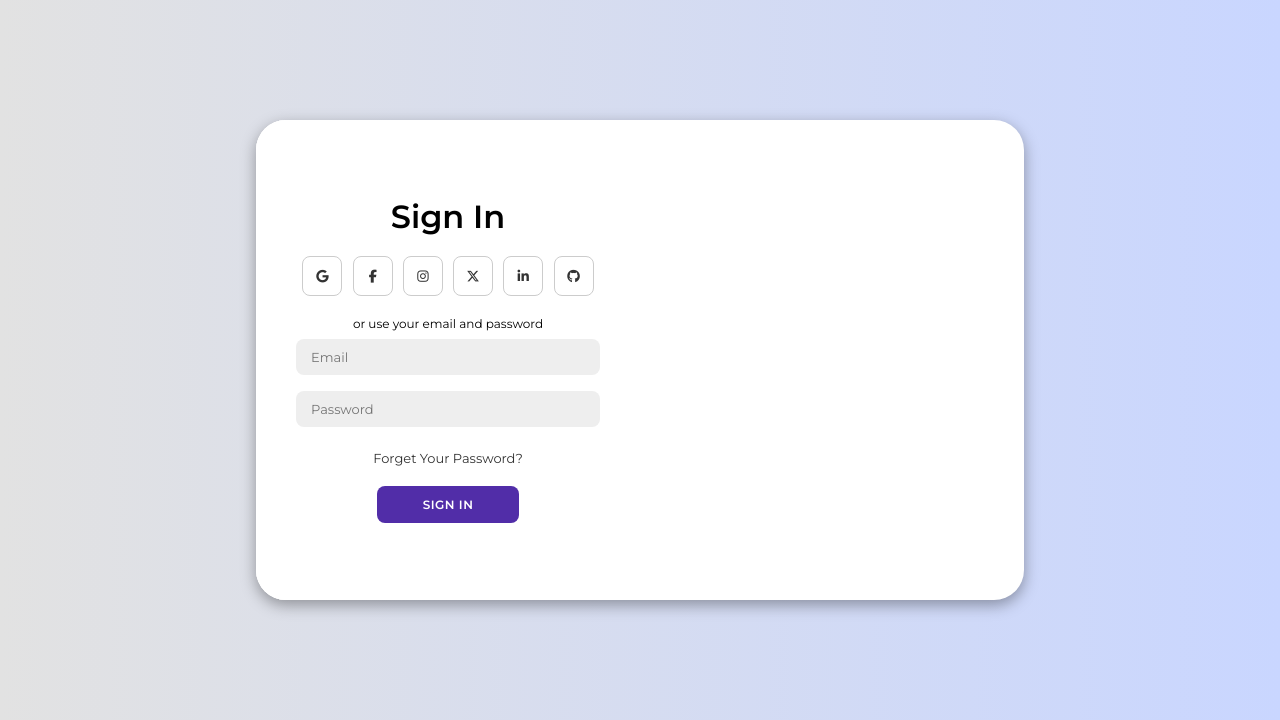
Repository: DevMike1993/Animated_Login_Page
Page: index.html
An editor plug-in stored every save of this project. The page is shown before and after the next save, followed by the edit.
The browser window is 1280 px wide. The pictures show the whole page.

Above is the page before, as saved 2023-12-17 22:21:32.
Not found: script.js

After the next save:
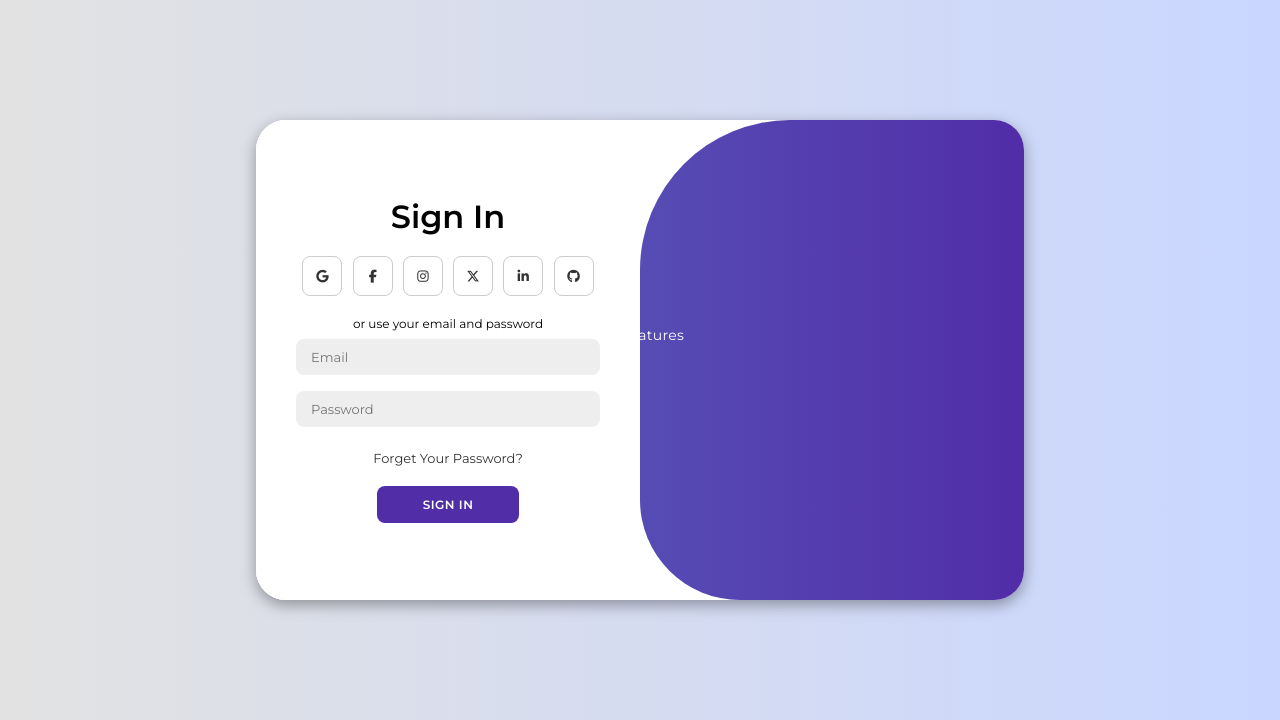
Saved 5 s later.
--- a/style.css
+++ b/style.css
@@ -169,5 +169,5 @@ body{
     position: relative;
     left: -100%;
     height: 100%;
-    width: 200;
+    width: 200%;
 }
